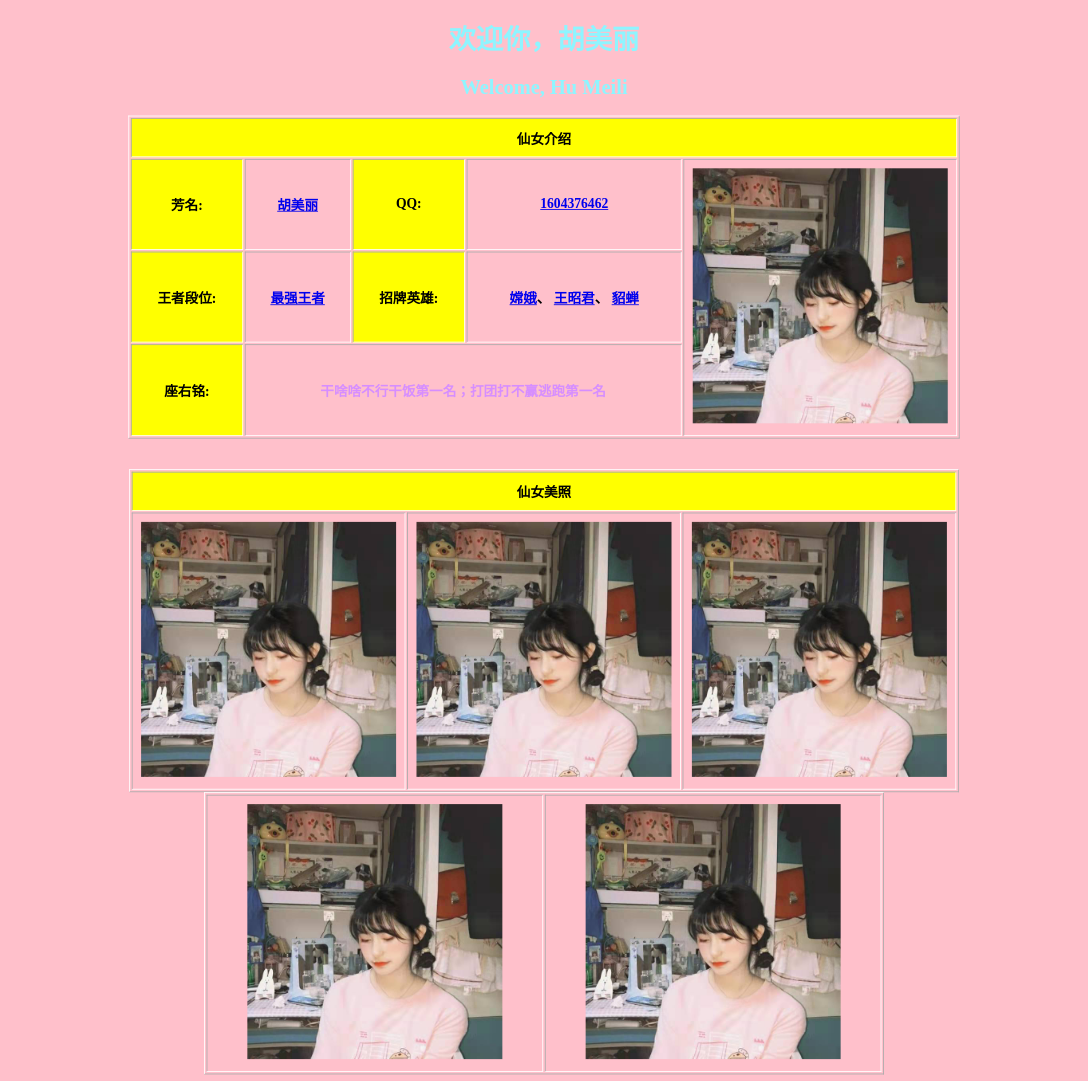
Repository: NanmeiYC/NanmeiYC.github.io
Page: ceshi2.html
The author's editor kept a copy of each file at every save. The page is drawn from the files as they stood at one save, then again after the next save.
The browser window is 1280 px wide. The pictures show the whole page, at 85% of full size.

Above is the page before, as saved 2021-05-29 02:56:40.

After the next save:
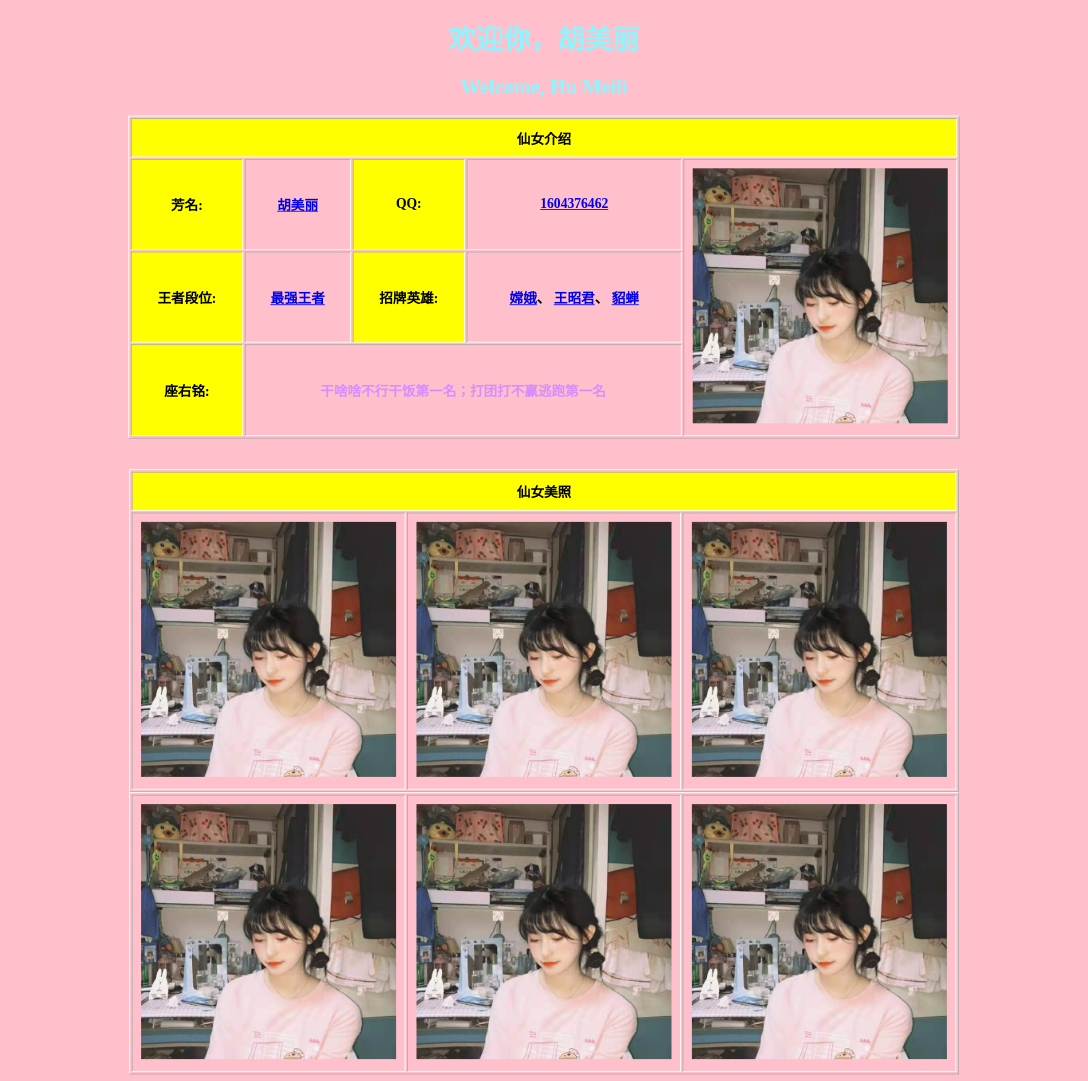
Saved 26 s later.
--- a/ceshi2.html
+++ b/ceshi2.html
@@ -50,5 +50,6 @@
         <tr align="center">
             <th rowspan="3" width="100" <p><a href="https://user.qzone.qq.com/1604376462?source=aiostar"><img border="0" src="images\胡美丽主.jpg" width="300px" height="300px"></th>
             <th rowspan="3" width="100" <p><a href="https://user.qzone.qq.com/1604376462?source=aiostar"><img border="0" src="images\胡美丽主.jpg" width="300px" height="300px"></th>
+                <th rowspan="3" width="100" <p><a href="https://user.qzone.qq.com/1604376462?source=aiostar"><img border="0" src="images\胡美丽主.jpg" width="300px" height="300px"></th>
         </tr>
     </table>
